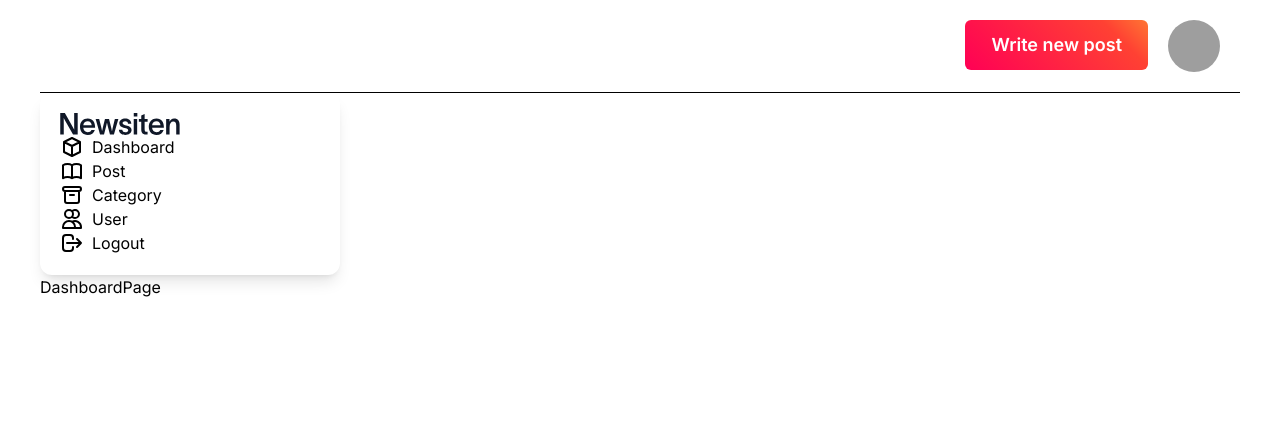
Repository: BrianPhamDev/Blog-App
Page: /dashboard
These files come from the project's save history. The page is drawn as it stood at one moment and after the next save; the edit follows.
The browser window is 1280 px wide. The pictures show the whole page.
Pictures or frames that could not be fetched are drawn as grey boxes. The project was rebuilt for these pictures with package versions that can differ from the ones it lists, and the page was loaded fresh each time. Also part of the build but not shown: src/pages/signUpPage/signUpPage.scss, src/components/label/label.scss, src/components/label/Label.js, src/components/input/input.scss, src/components/input/Input.js, src/components/input/InputPasswordToggle.js, src/components/input/index.js, src/pages/authenticationPage/authenticationPage.scss and 23 more. Imported but missing from the stored project, and not drawn on this page: src/components/icons.

Above is the page before, as saved 2023-08-02 20:45:14.

### public/index.html
<!DOCTYPE html>
<html lang="en">
  <head>
    <meta charset="utf-8" />

    <meta name="viewport" content="width=device-width, initial-scale=1" />

    <title>React App</title>
  </head>
  <body>
    <div id="root"></div>
  </body>
</html>

### src/index.js
import React from "react";
import "./styles/index.scss";
import App from "./App";
import reportWebVitals from "./reportWebVitals";
import { BrowserRouter } from "react-router-dom";
import { createRoot } from "react-dom/client";
import { ToastContainer } from "react-toastify";
import "react-toastify/dist/ReactToastify.css";

const container = document.getElementById("root");
const root = createRoot(container);

root.render(
  <React.StrictMode>
    <BrowserRouter>
      <App />
      <ToastContainer></ToastContainer>
    </BrowserRouter>
  </React.StrictMode>
);

reportWebVitals();

### src/styles/index.scss
@tailwind base;
@tailwind components;
@tailwind utilities;

@import "reset";
@import url("https://fonts.googleapis.com/css2?family=Inter:wght@100;200;300;400;500;600;700;800;900&display=swap");

@layer base {
  :root {
    --primary: #ff0055;
    --primary-active: #e5004c;
    --primary-grad2: #ff4133;
    --grad2-active: #e53a2e;
    --primary-grad3: #ff7633;
    --grad3-active: #e56a2e;
    --primary-d: #ff1a66;
    --primary-grad2-d: #ff5448;
    --primary-grad3-d: #ff8448;
    --danger: #f00;
    --danger-active: #e50000;
    --border-inactive: #ccc;
    --background-active: #000000;
    --background-inactive: #e7ecf3d6;
    --inactive: rgb(54, 54, 54);
    --text-meta: #91a8b0;
    --gray-300: rgb(237, 243, 245);
  }

  html {
    font-family: "Inter", system-ui, sans-serif;
  }
}

@layer utilities {
  .container {
    width: 100%;
    max-width: 1600px;
    margin: 0 auto;
    padding: 0 40px;
  }

  .background-gradient {
    background-image: linear-gradient(
      45deg,
      var(--primary) 0%,
      var(--primary-grad2) 80%,
      var(--primary-grad3) 100%
    );
  }

  .text-gradient {
    background-image: linear-gradient(
      45deg,
      var(--primary) 0%,
      var(--primary-grad2) 80%,
      var(--primary-grad3) 100%
    );
    background-clip: text;
    color: transparent;
  }

  .heading-1 {
    color: #000000;
    font-size: 38px;
    font-weight: 900;
    line-height: 47px;
  }

  .heading-2 {
    font-size: 30px;
    font-weight: 800;
    line-height: 38px;
  }

  .heading-3 {
    font-weight: 600;
    line-height: 28.8px;
    font-size: 16px;
  }

  .heading-4 {
    font-style: 14px;
    line-height: 20px;
    font-weight: 500;
  }

  .bodycopy {
    font-size: 16px;
    line-height: 27.2px;
    font-weight: 400;
  }

  .meta {
    font-style: 12px;
    font-weight: 400;
    line-height: 17px;
  }

  .button-text {
    @apply underline;
    font-size: 14px;
    color: var(--inactive);
    font-weight: 400;
  }

  .input-icon {
    position: absolute;
    right: 20px;
    top: 50%;
    transform: translateY(-50%);
    cursor: pointer;
  }

  .smooth-transition {
    @apply transition-all ease-in-out duration-200;
  }
}

### src/App.js
import { Routes, Route } from "react-router-dom";
import { AuthProvider } from "./contexts/auth-context";
import SignUpPage from "./pages/signUpPage/SignUpPage";
import SignInPage from "./pages/signInPage/SignInPage";
import HomePage from "./pages/homePage/HomePage";
import NotFoundPage from "./pages/notFoundPage/NotFoundPage";
import PostDetailsPage from "./module/Post/PostDetails/PostDetailsPage";
import DashboardPage from "./pages/dashboardPage.js/DashboardPage";
import DashboardLayout from "./module/dashboard/DashboardLayout";

function App() {
  return (
    <div>
      <AuthProvider>
        <Routes>
          <Route path="/" element={<HomePage />}></Route>
          <Route path="/sign-up" element={<SignUpPage />}></Route>
          <Route path="/sign-in" element={<SignInPage />}></Route>

          <Route path="*" element={<NotFoundPage />}></Route>
          <Route path="/:slug" element={<PostDetailsPage />}></Route>
          <Route element={<DashboardLayout />}>
            <Route path="/dashboard" element={<DashboardPage />}></Route>
          </Route>
        </Routes>
      </AuthProvider>
    </div>
  );
}

export default App;

### src/styles/_reset.scss
*,
*::before,
*::after {
  box-sizing: border-box;
}
* {
  margin: 0;
  padding: 0;
}

html,
body {
  height: 100%;
}
body {
  line-height: 1.5;
  -webkit-font-smoothing: antialiased;
  -webkit-tap-highlight-color: rgba(0, 0, 0, 0);
}

img,
picture,
video,
canvas,
svg {
  display: block;
  max-width: 100%;
}
input,
button,
textarea,
select {
  font: inherit;
  outline: none;
  border: none;
}
p,
h1,
h2,
h3,
h4,
h5,
h6 {
  overflow-wrap: break-word;
}

### src/contexts/auth-context.js
import { onAuthStateChanged } from "firebase/auth";
import { useEffect, useState } from "react";
import { auth } from "../firebase/firebase-config";

const { createContext, useContext } = require("react");

const AuthContext = createContext();

function AuthProvider(props) {
  const [userInfo, setUserInfo] = useState("");
  const value = { userInfo, setUserInfo };
  useEffect(() => {
    onAuthStateChanged(auth, (user) => {
      setUserInfo(user);
    });
  }, []);
  return <AuthContext.Provider value={value} {...props}></AuthContext.Provider>;
}

function useAuth() {
  const context = useContext(AuthContext);
  if (typeof context === "undefined")
    throw new Error("useAuth must be used within AuthProvider");
  return context;
}

export { AuthProvider, useAuth };

### src/module/dashboard/DashboardLayout.js
import React from "react";
import DashboardHeader from "./DashboardHeader";
import Sidebar from "./Sidebar";
import { Outlet } from "react-router-dom";
const DashboardLayout = ({ children }) => {
  return (
    <div className="container">
      <DashboardHeader></DashboardHeader>
      <div className="dashboard-main">
        <Sidebar>Sidebar</Sidebar>
        <div className="dashboard-children">
          <Outlet></Outlet>
        </div>
      </div>
    </div>
  );
};

export default DashboardLayout;

### src/firebase/firebase-config.js
// Import the functions you need from the SDKs you need
import { initializeApp } from "firebase/app";
import { getFirestore } from "firebase/firestore";
import { getAuth } from "firebase/auth";
// TODO: Add SDKs for Firebase products that you want to use
// https://firebase.google.com/docs/web/setup#available-libraries

// Your web app's Firebase configuration
const firebaseConfig = {
  apiKey: "AIzaSyBvYgsZz9zgVLPl1CRt32h11zSY1hwyQnQ",
  authDomain: "blogging-dc5e9.firebaseapp.com",
  projectId: "blogging-dc5e9",
  storageBucket: "blogging-dc5e9.appspot.com",
  messagingSenderId: "470546749308",
  appId: "1:470546749308:web:b657e2250e78464d5c36f9",
};

// Initialize Firebase
const app = initializeApp(firebaseConfig);

// Initialize Cloud Firestore and get a reference to the service
export const db = getFirestore(app);

// Initialize Firebase Authentication and get a reference to the service
export const auth = getAuth(app);

### src/module/dashboard/DashboardHeader.js
import { Button } from "../../components/button";
import React from "react";

const DashboardHeader = () => {
  return (
    <div className="dashboard-header-wrapper bg-white p-5 border-b border-b-black flex gap-5 justify-end">
      <Button to="/dashboard" className="dashboard-header-button">
        Write new post
      </Button>
      <div className="dashboard-header-avatar h-[52px] w-[52px]">
        <img
          src="https://images.unsplash.com/photo-1568602471122-7832951cc4c5?ixlib=rb-1.2.1&ixid=MnwxMjA3fDB8MHxwaG90by1wYWdlfHx8fGVufDB8fHx8&auto=format&fit=crop&w=3270&q=80"
          alt="guys-smilling"
          className="w-full h-full object-cover rounded-full"
        />
      </div>
    </div>
  );
};

export default DashboardHeader;

### src/module/dashboard/Sidebar.js
import React from "react";
import { NavLink } from "react-router-dom";

const sidebarLinks = [
  {
    title: "Dashboard",
    url: "/dashboard",
    icon: (
      <svg
        xmlns="http://www.w3.org/2000/svg"
        class="h-6 w-6"
        fill="none"
        viewBox="0 0 24 24"
        stroke="currentColor"
        strokeWidth="2"
      >
        <path
          strokeLinecap="round"
          strokeLinejoin="round"
          d="M20 7l-8-4-8 4m16 0l-8 4m8-4v10l-8 4m0-10L4 7m8 4v10M4 7v10l8 4"
        />
      </svg>
    ),
  },
  {
    title: "Post",
    url: "/manage/post",
    icon: (
      <svg
        xmlns="http://www.w3.org/2000/svg"
        class="h-6 w-6"
        fill="none"
        viewBox="0 0 24 24"
        stroke="currentColor"
        strokeWidth="2"
      >
        <path
          strokeLinecap="round"
          strokeLinejoin="round"
          d="M12 6.253v13m0-13C10.832 5.477 9.246 5 7.5 5S4.168 5.477 3 6.253v13C4.168 18.477 5.754 18 7.5 18s3.332.477 4.5 1.253m0-13C13.168 5.477 14.754 5 16.5 5c1.747 0 3.332.477 4.5 1.253v13C19.832 18.477 18.247 18 16.5 18c-1.746 0-3.332.477-4.5 1.253"
        />
      </svg>
    ),
  },
  {
    title: "Category",
    url: "/manage/category",
    icon: (
      <svg
        xmlns="http://www.w3.org/2000/svg"
        class="h-6 w-6"
        fill="none"
        viewBox="0 0 24 24"
        stroke="currentColor"
        strokeWidth="2"
      >
        <path
          strokeLinecap="round"
          strokeLinejoin="round"
          d="M5 8h14M5 8a2 2 0 110-4h14a2 2 0 110 4M5 8v10a2 2 0 002 2h10a2 2 0 002-2V8m-9 4h4"
        />
      </svg>
    ),
  },
  {
    title: "User",
    url: "/manage/user",
    icon: (
      <svg
        xmlns="http://www.w3.org/2000/svg"
        class="h-6 w-6"
        fill="none"
        viewBox="0 0 24 24"
        stroke="currentColor"
        strokeWidth="2"
      >
        <path
          strokeLinecap="round"
          strokeLinejoin="round"
          d="M12 4.354a4 4 0 110 5.292M15 21H3v-1a6 6 0 0112 0v1zm0 0h6v-1a6 6 0 00-9-5.197M13 7a4 4 0 11-8 0 4 4 0 018 0z"
        />
      </svg>
    ),
  },
  {
    title: "Logout",
    url: "/",
    icon: (
      <svg
        xmlns="http://www.w3.org/2000/svg"
        class="h-6 w-6"
        fill="none"
        viewBox="0 0 24 24"
        stroke="currentColor"
        strokeWidth="2"
      >
        <path
          strokeLinecap="round"
          strokeLinejoin="round"
          d="M17 16l4-4m0 0l-4-4m4 4H7m6 4v1a3 3 0 01-3 3H6a3 3 0 01-3-3V7a3 3 0 013-3h4a3 3 0 013 3v1"
        />
      </svg>
    ),
    onClick: () => {},
  },
];

const Sidebar = ({ children }) => {
  return (
    <div className="sidebar-wrapper max-w-[300px] bg-white shadow-lg rounded-xl p-5 flex flex-col">
      <div className="sidebar-logo">
        <img src="./Logo.svg" alt="Newsiten" className="max-w-[120px]" />
      </div>
      {sidebarLinks.map((item) => (
        <NavLink
          key={item.url}
          to={item.url}
          className="menu-item flex gap-2 items-center"
        >
          <div className="menu-icon">{item.icon}</div>
          <div className="menu-title0.">{item.title}</div>
        </NavLink>
      ))}
    </div>
  );
};

export default Sidebar;

### src/components/button/Button.js
import React from "react";
import "./button.scss";
import Spinner from "../spinner/Spinner";
import PropTypes from "prop-types";
import { NavLink } from "react-router-dom";

/**
 * @param {*} onClick Handler onClick
 *@requires
 * @param {string} type Type of button 'button' | 'submit'
 * @returns
 */

const Button = ({
  type = "button",
  onClick = () => {},
  className,
  children,
  isLoading,
  to,
  ...props
}) => {
  const child = !!isLoading ? <Spinner></Spinner> : children;
  if (to !== "" && typeof to === "string")
    return (
      <NavLink to={to} {...props}>
        <button className="w-fit px-[26px] whitespace-nowrap text-white rounded-md font-semibold cursor-pointer text-lg h-[50px] flex items-center justify-center background-gradient">
          {children}
        </button>
      </NavLink>
    );

  return (
    <button type={type} className={`button ${className}`} {...props}>
      {child}
    </button>
  );
};

Button.propTypes = {
  type: PropTypes.oneOf(["button", "submit"]).isRequired,
  isLoading: PropTypes.bool,
  onClick: PropTypes.func,
};

export default Button;

### tailwind.config.js
/** @type {import('tailwindcss').Config} */
module.exports = {
  content: ["./src/**/*.{js,jsx,ts,tsx}"],
  theme: {
    extend: {
      colors: {
        borderInactive: "var(--border-inactive)",
        inactive: "var(--inactive)",
        backgroundInactive: "var(--background-inactive)",
      },
      fontFamily: {},
    },
  },
  plugins: [],
};

Loaded but not shown: src/reportWebVitals.js (common file); src/pages/dashboardPage.js/DashboardPage.js (common file); src/components/button/index.js (common file); src/pages/signInPage/signInPage.scss (no stored copy; drawn as an empty file)

After the next save:
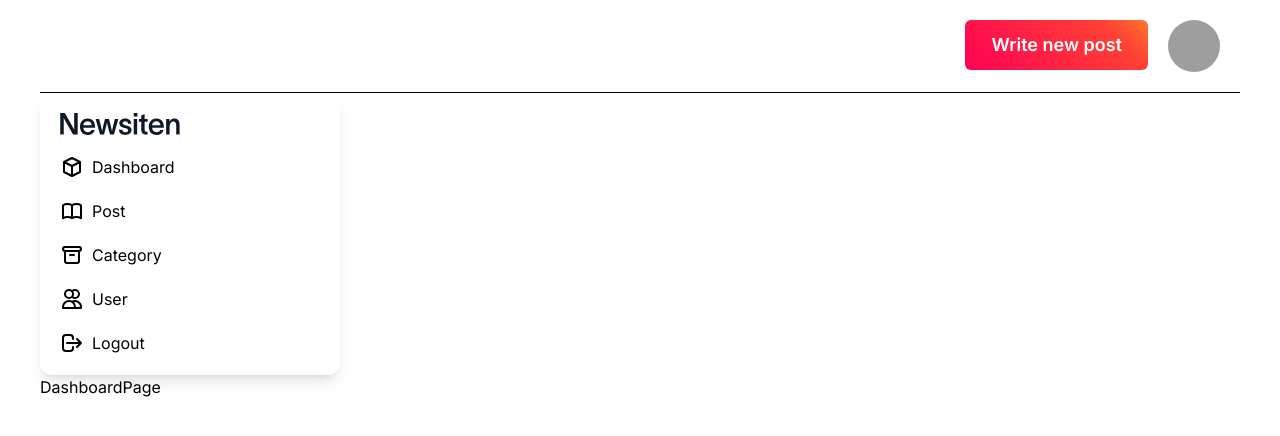
Saved 7 s later.
--- a/src/module/dashboard/Sidebar.js
+++ b/src/module/dashboard/Sidebar.js
@@ -107,7 +107,7 @@ const sidebarLinks = [
 
 const Sidebar = ({ children }) => {
   return (
-    <div className="sidebar-wrapper max-w-[300px] bg-white shadow-lg rounded-xl p-5 flex flex-col">
+    <div className="sidebar-wrapper max-w-[300px] bg-white shadow-lg rounded-xl p-5 flex flex-col gap-5">
       <div className="sidebar-logo">
         <img src="./Logo.svg" alt="Newsiten" className="max-w-[120px]" />
       </div>
